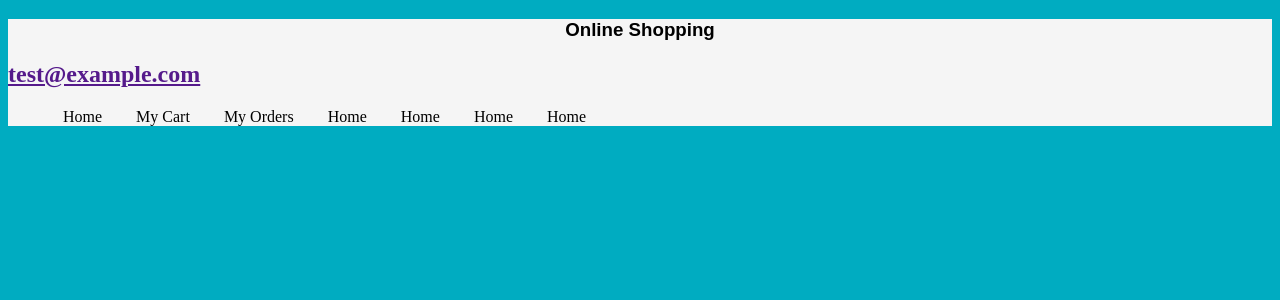
Repository: NidhiDaniel/E-Cart
Page: http://localhost/Online-Shopping-Cart/header.jsp
These files come from the project's save history. The page is drawn as it stood at one moment and after the next save; the edit follows.
The browser window is 1280 px wide. The pictures show the whole page.
The page is served by Tomcat 9. The session is filled in as if someone had signed in: {"email": "test@example.com"}.

Above is the page before, as saved 2024-01-06 08:57:33.

After the next save:
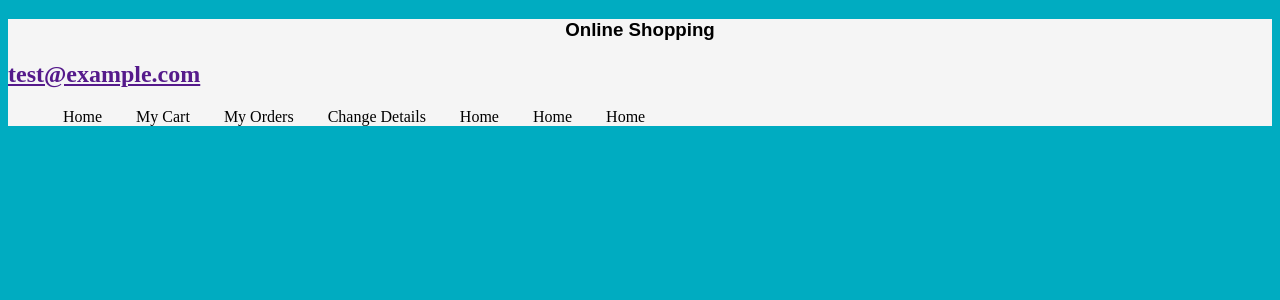
Saved 14 s later.
--- a/Online-Shopping-Cart/src/main/webapp/header.jsp
+++ b/Online-Shopping-Cart/src/main/webapp/header.jsp
@@ -17,7 +17,7 @@
 			<li><a href="home.jsp">Home<i class="fa fa-institution"></i></a></li>
 			<li><a href="">My Cart<i class="fa fa-cart-arrow-down"></i></a></li>
 			<li><a href="">My Orders<i class="fa fa-cart-arrow-down"></i></a></li>
-			<li><a href="">Home<i class="fa fa-cart-arrow-down"></i></a></li>
+			<li><a href="">Change Details<i class="fa fa-cart-arrow-down"></i></a></li>
 			<li><a href="">Home<i class="fa fa-cart-arrow-down"></i></a></li>
 			<li><a href="">Home<i class="fa fa-cart-arrow-down"></i></a></li>
 			<li><a href="">Home<i class="fa fa-cart-arrow-down"></i></a></li>
